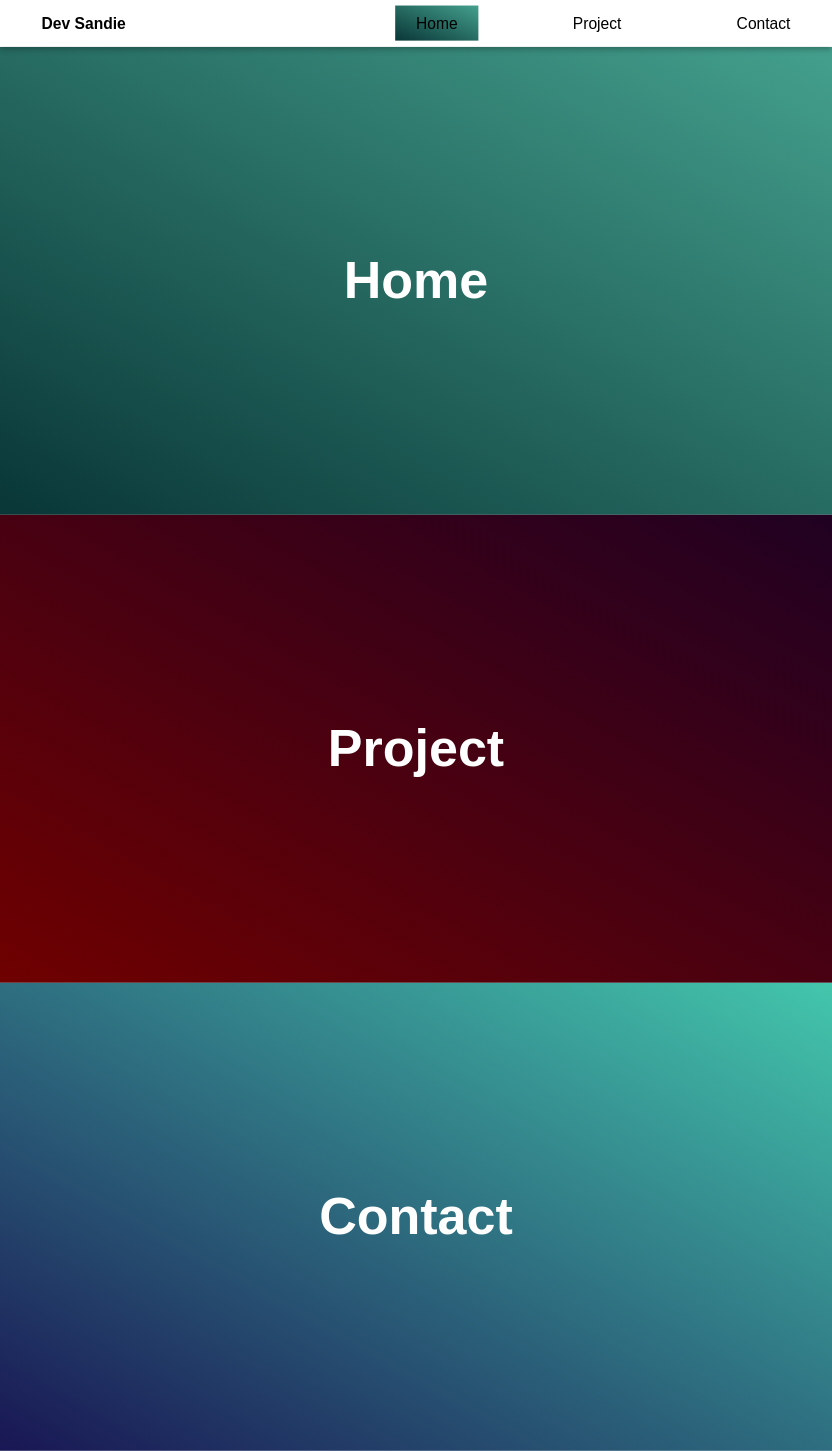
Repository: iphyokafor/fluid-navbar
Page: index.html
These files come from the project's save history. The page is drawn as it stood at one moment and after the next save; the edit follows.
The browser window is 1280 px wide. The pictures show the whole page, at 65% of full size.

Above is the page before, as saved 2020-01-07 10:08:09.

After the next save:
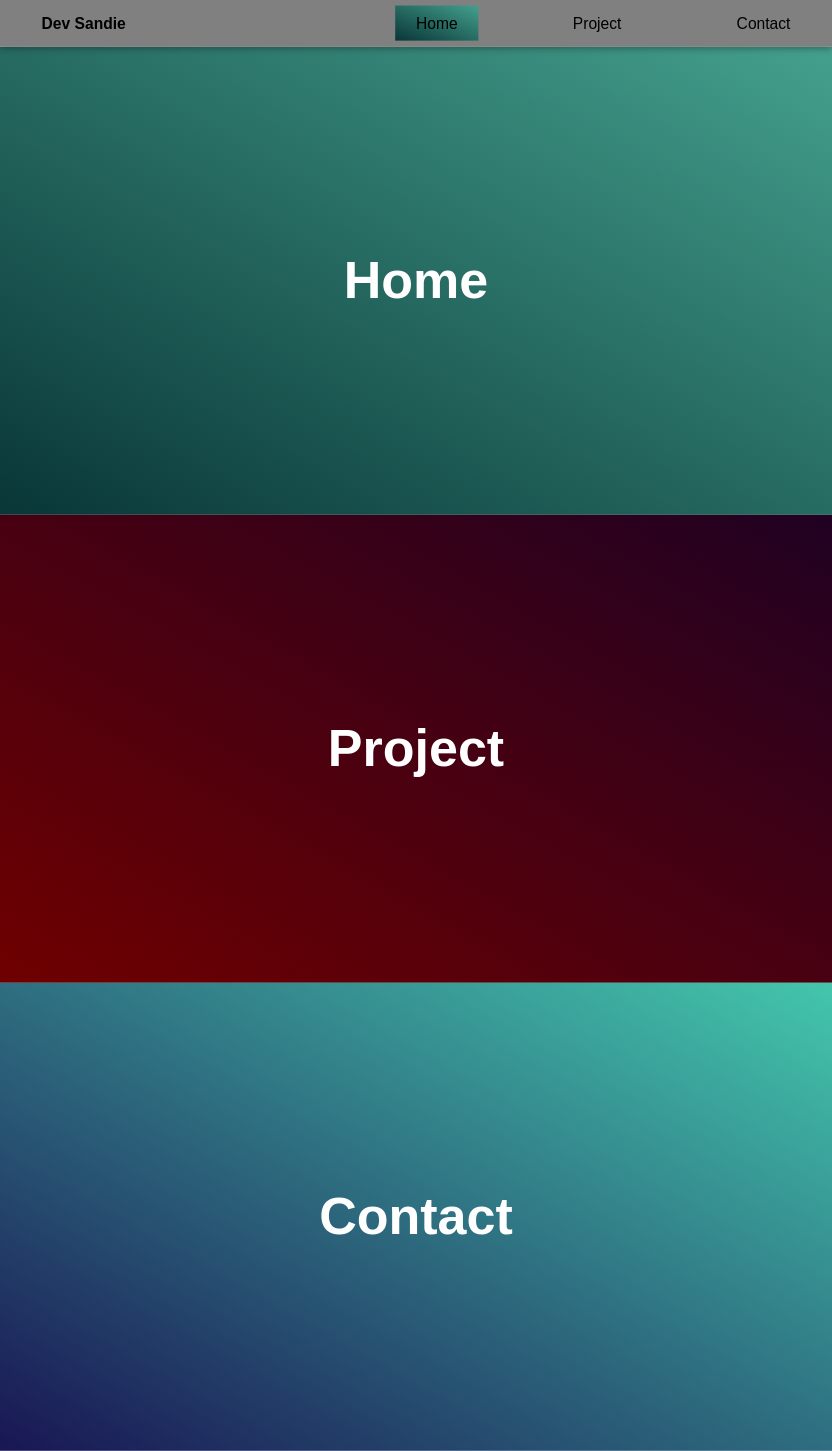
Saved 3 min 11 s later.
--- a/style.css
+++ b/style.css
@@ -12,7 +12,7 @@
     box-shadow: 0px 3px 10px rgba(0, 0, 0, 0.3);
     position: sticky;
     top: 0px;
-    background: white;
+    background: grey;
 }
 
 nav {

After the save that followed:
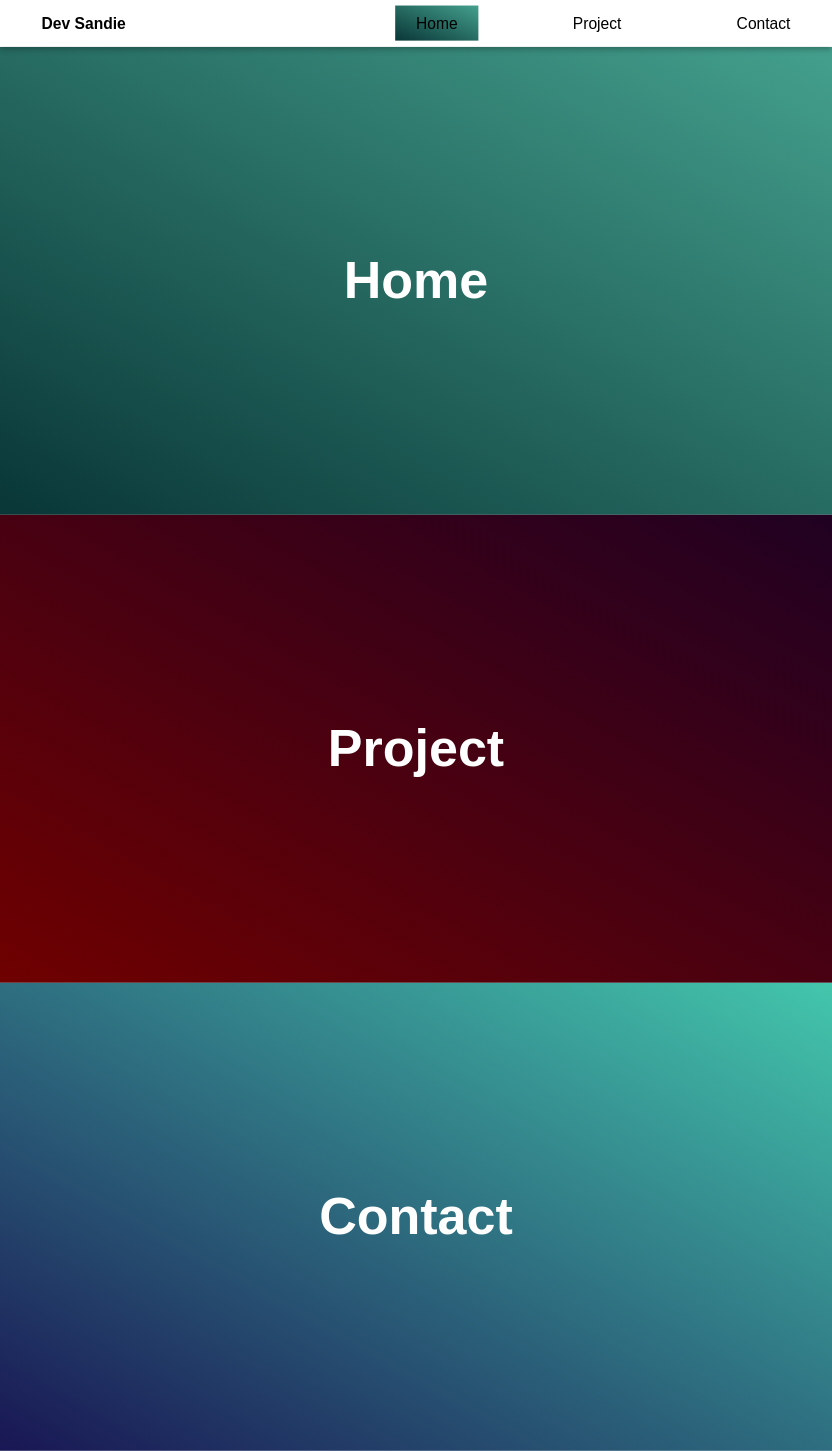
Saved 9 s later.
--- a/style.css
+++ b/style.css
@@ -12,7 +12,7 @@
     box-shadow: 0px 3px 10px rgba(0, 0, 0, 0.3);
     position: sticky;
     top: 0px;
-    background: grey;
+    background: white;
 }
 
 nav {
